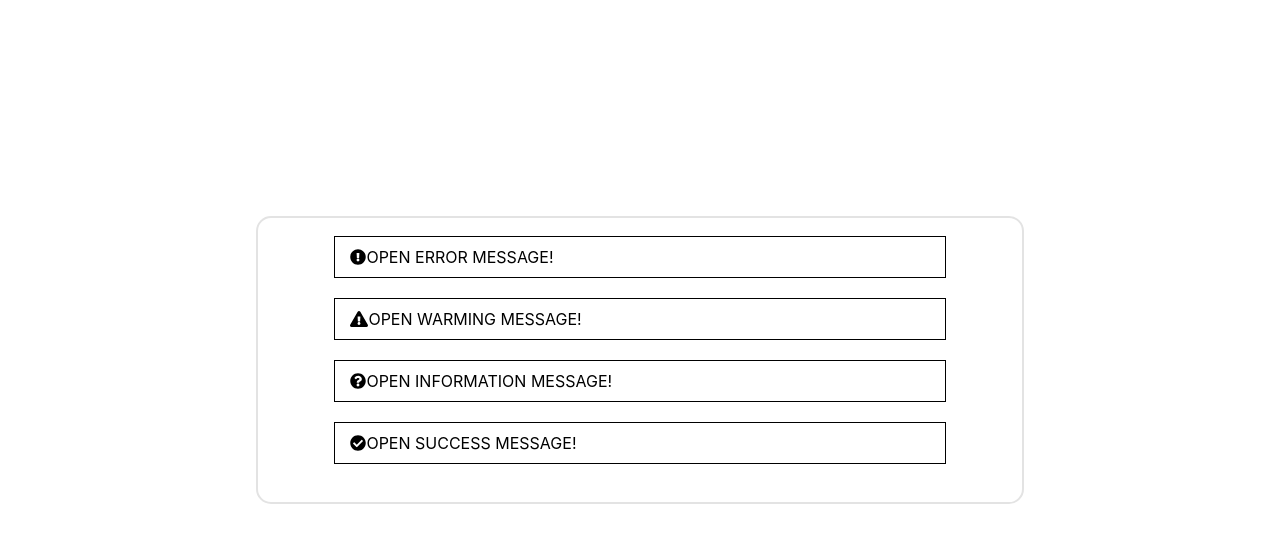
Repository: KrzysKolo/sr_tydzien5_zad2
Page: /
An editor plug-in stored every save of this project. The page is shown before and after the next save, followed by the edit.
The browser window is 1280 px wide. The pictures show the whole page.
The project was rebuilt for these pictures with package versions that can differ from the ones it lists, and the page was loaded fresh each time.

Above is the page before, as saved 2020-12-21 17:04:29.

### public/index.html
<!DOCTYPE html>
<html lang="en">
  <head>
    <meta charset="utf-8" />
    <link rel="icon" href="%PUBLIC_URL%/favicon.ico" />
    <meta name="viewport" content="width=device-width, initial-scale=1" />
    <meta name="theme-color" content="#000000" />
    <meta
      name="description"
      content="Web site created using create-react-app"
    />
    <link rel="apple-touch-icon" href="%PUBLIC_URL%/logo192.png" />
    <!--
      manifest.json provides metadata used when your web app is installed on a
      user's mobile device or desktop. See https://developers.google.com/web/fundamentals/web-app-manifest/
    -->
    <link rel="manifest" href="%PUBLIC_URL%/manifest.json" />
    <!--
      Notice the use of %PUBLIC_URL% in the tags above.
      It will be replaced with the URL of the `public` folder during the build.
      Only files inside the `public` folder can be referenced from the HTML.

      Unlike "/favicon.ico" or "favicon.ico", "%PUBLIC_URL%/favicon.ico" will
      work correctly both with client-side routing and a non-root public URL.
      Learn how to configure a non-root public URL by running `npm run build`.
    -->
    <title>Zad 2 - snackbar</title>
  </head>
  <body>
    <noscript>You need to enable JavaScript to run this app.</noscript>
    <div id="root"></div>
    <!--
      This HTML file is a template.
      If you open it directly in the browser, you will see an empty page.

      You can add webfonts, meta tags, or analytics to this file.
      The build step will place the bundled scripts into the <body> tag.

      To begin the development, run `npm start` or `yarn start`.
      To create a production bundle, use `npm run build` or `yarn build`.
    -->
  </body>
</html>

### src/App.js
import React from 'react';
import Buttons from './components/Buttons';
import './App.css';
const App = () => {
  return (
    <div className="wrapper--btn">
      <Buttons />
    </div>
  )
}

export default App;

### src/components/Buttons.js
import React from 'react';
import PaletColors from './../colors/PaletColors';
import ButtonsData from './../data/ButtonsData';
import Button from './Button';

const Buttons = () => {
    return (
        <>
            {ButtonsData.map(button =>
                <Button key={button.id} data={button} />
            )}
        </>
    )
}

export default Buttons;

### src/App.css
* {
  box-sizing: border-box;
  margin: 0;
  position: relative;
}
body {
  width: 100vw;
  height: 100vh;
  display: flex;
  flex-direction: row;
  justify-content: center;
  align-items: center;
}
.wrapper--btn {
  border: 2px solid #e3e3e3;
  border-radius: 15px;
  width: 60vw;
  height: 40vh;
  display: flex;
  flex-direction: column;
  justify-content: center;
  align-items: center;
}
.btn {
  border: 1px solid black;
  padding: 10px 15px;
  margin-bottom: 20px;
  width: 80%;
}

### src/colors/PaletColors.js
const PaletColors = {
    "red": "rgb(244, 67, 54)",
    "orange": "rgb(255, 152, 0)",
    "blue": "rgb(33, 150, 243)",
    "green": "rgb(76, 175, 80)",
    "maroon": "rgb(124, 0, 0)",
    "navy": "rgb(44, 44, 96)",
    "white": "rgb(240, 239, 244)",
    "black": "rgb(0, 0, 0)",
};

  export default PaletColors;

### src/data/ButtonsData.js
const ButtonsData = [
    {
      id: 0,
      name: "OPEN ERROR MESSAGE!",
      event: "handleClickError",
      color: "PaletColor.red",
      icon: "faExclamationCircle"
    },
    {
      id: 1,
      name: "OPEN WARMING MESSAGE!",
      event: "handleClickWarming",
      color: "PaletColor.orange",
      icon: "faExclamationTriangle",
    },
    {
      id: 2,
      name: "OPEN INFORMATION MESSAGE!",
      event: "handleClickInformation",
      color: "PaletColor.blue",
      icon: "faQuestionCircle",
    },
    {
      id: 3,
      name: "OPEN SUCCESS MESSAGE!",
      event: "handleClickSuccess",
      color: "PaletColor.green",
      icon: "faCheckCircle",
    },

  ]
 export default ButtonsData;

### src/components/Button.js
import React from 'react';
import Icons from './Icons';
import PaletColors from './../colors/PaletColors';

const Button = ({data}) => {

    return (
        <div className="btn">
            <Icons icon={data.icon}/>
             {data.name}
        </div>
    )
}

export default Button;

### src/components/Icons.js
import React from 'react';
import { FontAwesomeIcon } from '@fortawesome/react-fontawesome';
import { faCheckCircle, faQuestionCircle, faExclamationTriangle, faExclamationCircle } from '@fortawesome/free-solid-svg-icons';

const Icons = ({icon}) => {

        switch (icon) {
            case 'faExclamationCircle': return <FontAwesomeIcon icon={faExclamationCircle} />;
            case 'faExclamationTriangle': return <FontAwesomeIcon icon={faExclamationTriangle} />;
            case 'faQuestionCircle': return <FontAwesomeIcon icon={faQuestionCircle} />;
            case 'faCheckCircle': return <FontAwesomeIcon icon={faCheckCircle} />;
            default: return null;
            }



}

export default Icons;

Loaded but not shown: src/index.js (common file); src/index.css (common file)

After the next save:
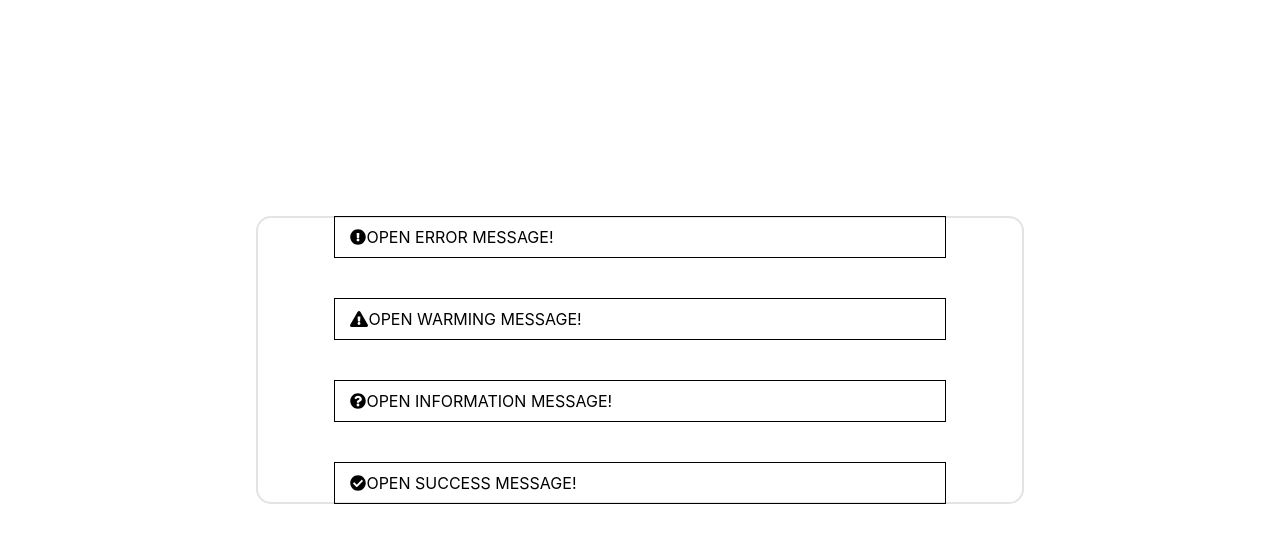
Saved 30 s later.
--- a/src/App.css
+++ b/src/App.css
@@ -24,6 +24,6 @@ body {
 .btn {
   border: 1px solid black;
   padding: 10px 15px;
-  margin-bottom: 20px;
+  margin: 20px;
   width: 80%;
 }
